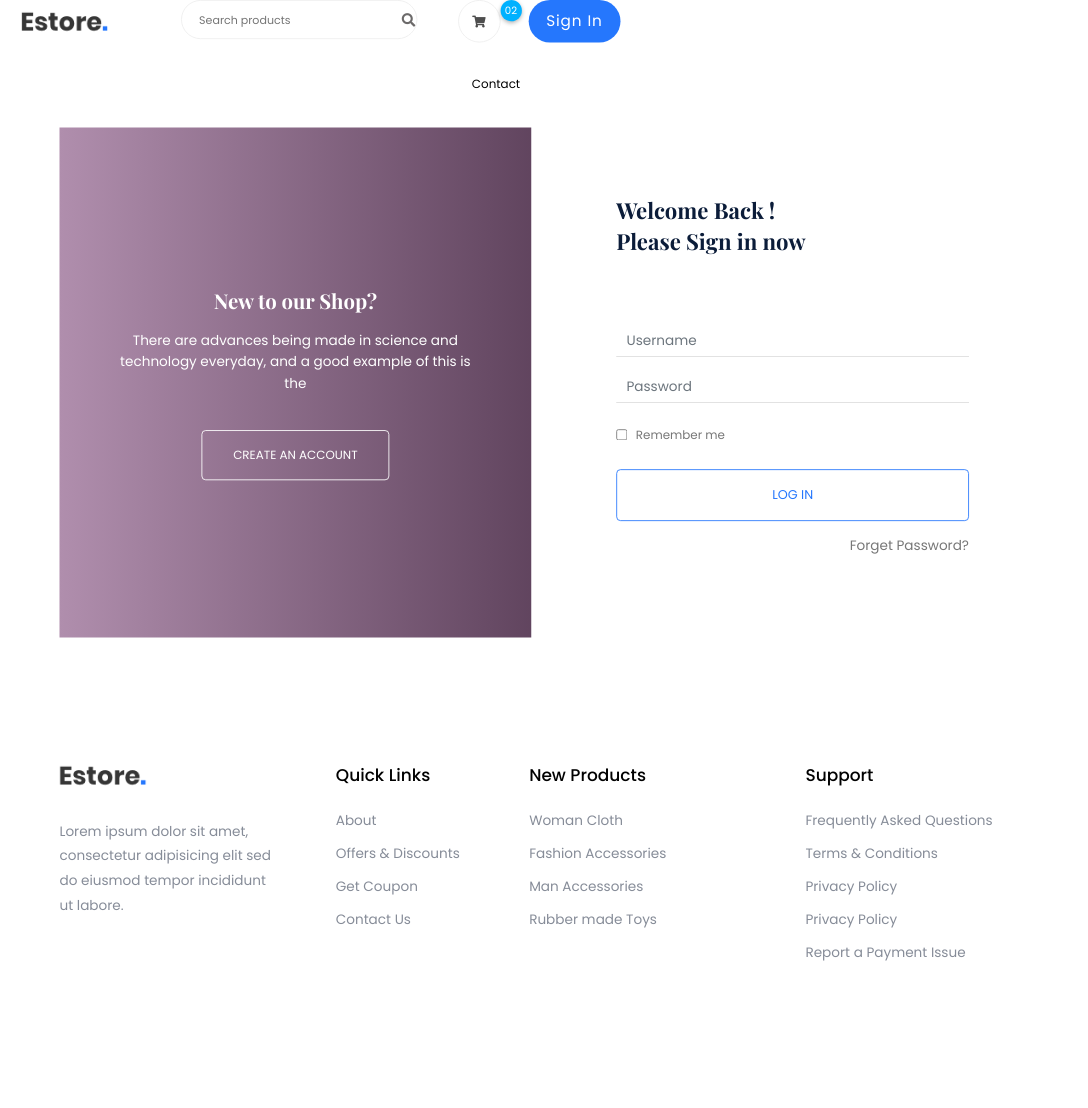
Repository: tuanloc782004/Estore-Bookshop-Website
Page: http://localhost/auth/login
These files come from the project's save history. The page is drawn as it stood at one moment and after the next save; the edit follows.
The browser window is 1280 px wide. The pictures show the whole page, at 85% of full size.
Some web fonts or font styles are not loaded; a fallback is used. The page is this project's Thymeleaf template; nobody is signed in. The template is opened directly, without the code that normally fills it, so the values that code supplies are empty.

Above is the page before, as saved 2024-10-26 03:50:09.

After the next save:
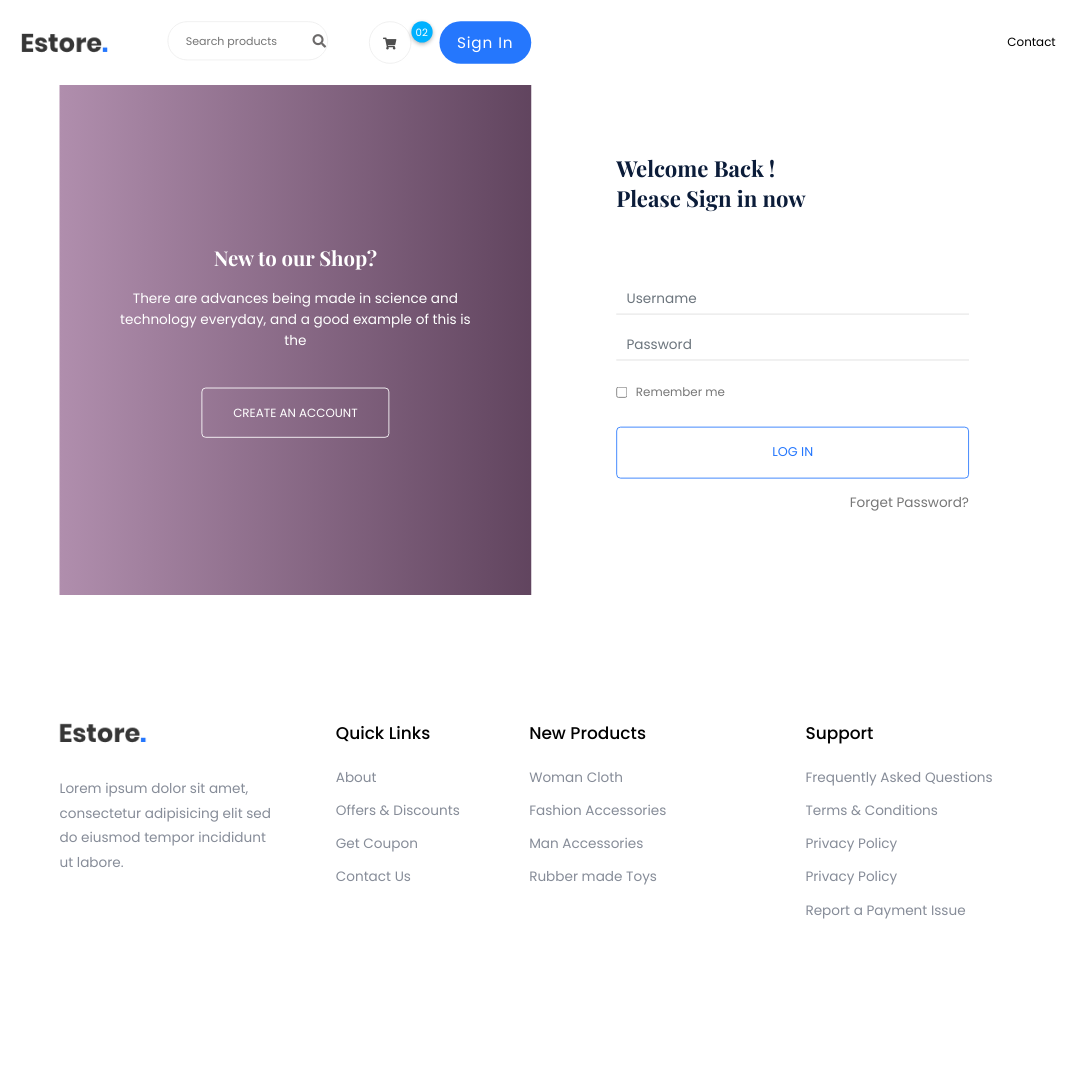
Saved 10 s later.
--- a/myscp/src/main/resources/templates/user/layout/header.html
+++ b/myscp/src/main/resources/templates/user/layout/header.html
@@ -12,7 +12,7 @@
 									th:src="@{/assets/img/logo/logo.png}" alt=""></a>
 							</div>
 						</div>
-						<div class="col-xl-6 col-lg-6 col-md-3 col-sm-3 fix-card">
+						<div class="col-xl-5 col-lg-3 col-md-3 col-sm-3 fix-card">
 							<ul
 								class="header-right f-right d-none d-lg-block d-flex justify-content-between">
 								<li class="d-none d-xl-block">
